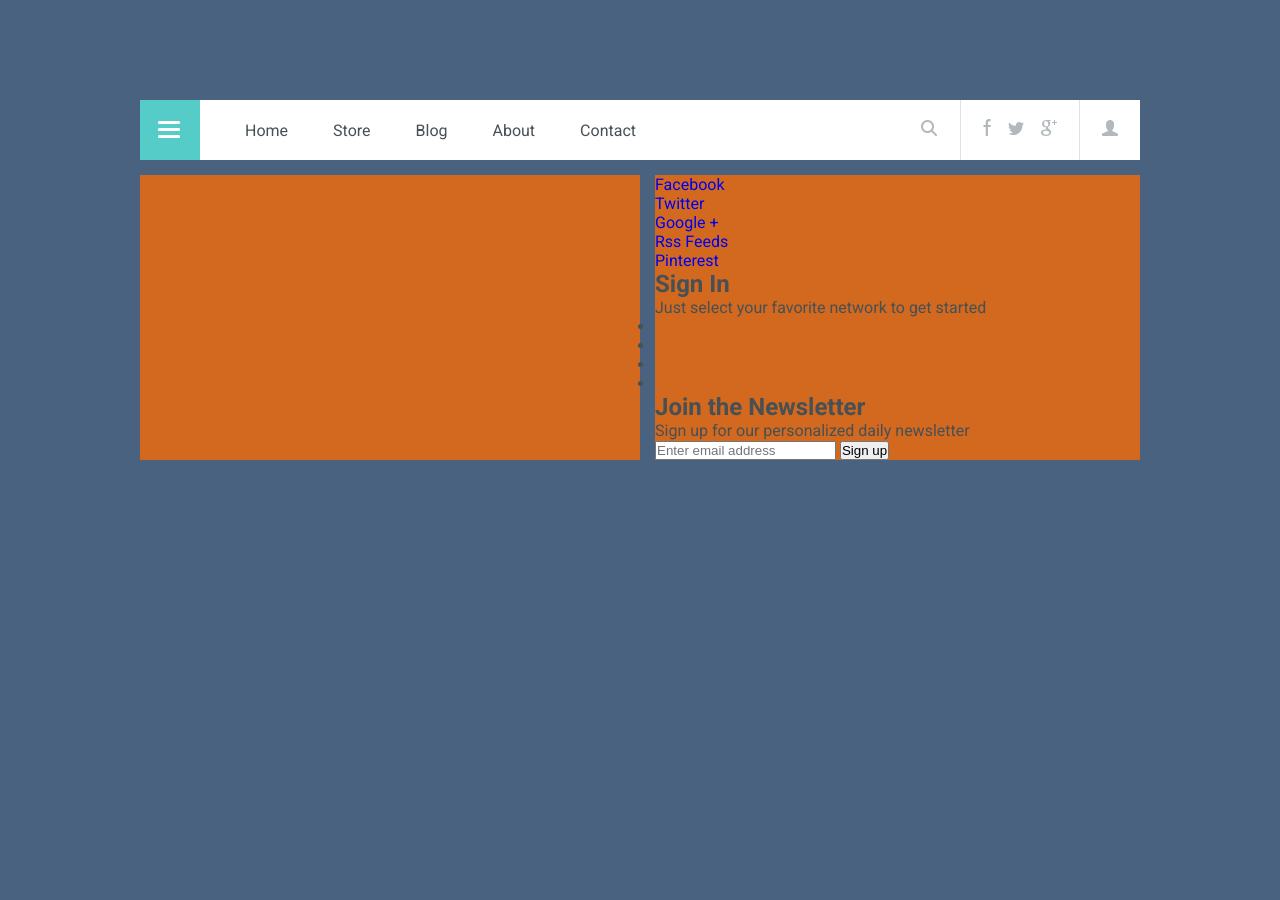
Repository: pawelczubak/WeeklyWebDevChallenge
Page: Challenge_4/index.html
The author's editor kept a copy of each file at every save. The page is drawn from the files as they stood at one save, then again after the next save.
The browser window is 1280 px wide. The pictures show the whole page.
Some web libraries are served in a nearby version.

Above is the page before, as saved 2020-04-27 19:57:29.

### Challenge_4/index.html
<!DOCTYPE html>
<html lang="en">

<head>
    <meta charset="UTF-8">
    <meta name="viewport" content="width=device-width, initial-scale=1.0">

    <title>Weekly WebDev Challenge - 4</title>

    <link href="https://fonts.googleapis.com/css2?family=Roboto:wght@300;400;700&display=swap" rel="stylesheet">
    <script src="https://kit.fontawesome.com/f64caa1a2c.js" crossorigin="anonymous"></script>

    <meta name="viewport" content="width = device-width, initial-scale=1, user-scalable=yes">
    <link rel="stylesheet" href="css/main.css">
</head>

<body>
    <div class="container">
        <!--  -----  NAVIGATION START  -----  -->
        <nav class="nav">
            <div class="nav-button">

                <svg xmlns="http://www.w3.org/2000/svg" xmlns:xlink="http://www.w3.org/1999/xlink" width="0.24in"
                    height="0.18in">
                    <path fill-rule="evenodd" fill="rgb(255, 255, 255)"
                        d="M20.653,17.008 L1.347,17.008 C0.603,17.008 -0.000,16.417 -0.000,15.690 L-0.000,15.372 C-0.000,14.644 0.603,14.055 1.347,14.055 L20.653,14.055 C21.397,14.055 22.000,14.644 22.000,15.372 L22.000,15.690 C22.000,16.417 21.397,17.008 20.653,17.008 ZM20.653,9.980 L1.347,9.980 C0.603,9.980 -0.000,9.390 -0.000,8.662 L-0.000,8.344 C-0.000,7.617 0.603,7.027 1.347,7.027 L20.653,7.027 C21.397,7.027 22.000,7.617 22.000,8.344 L22.000,8.662 C22.000,9.390 21.397,9.980 20.653,9.980 ZM20.653,2.952 L1.347,2.952 C0.603,2.952 -0.000,2.362 -0.000,1.635 L-0.000,1.317 C-0.000,0.589 0.603,-0.001 1.347,-0.001 L20.653,-0.001 C21.397,-0.001 22.000,0.589 22.000,1.317 L22.000,1.635 C22.000,2.362 21.397,2.952 20.653,2.952 Z" />
                </svg>

            </div>
            <ul class="nav-list">
                <li class="nav-list__item"><a href="#" class="nav-list__link">Home</a></li>
                <li class="nav-list__item"><a href="#" class="nav-list__link">Store</a></li>
                <li class="nav-list__item"><a href="#" class="nav-list__link">Blog</a></li>
                <li class="nav-list__item"><a href="#" class="nav-list__link">About</a></li>
                <li class="nav-list__item"><a href="#" class="nav-list__link">Contact</a></li>
            </ul>
            <div class="nav-icons">
                <div class="nav-icons__search">
                    <a href="#" class="nav-link__icon">
                        <svg xmlns="http://www.w3.org/2000/svg" xmlns:xlink="http://www.w3.org/1999/xlink"
                            width="0.18in" height="0.17in">
                            <path class="nav-icons__svg" fill-rule="evenodd" fill="rgb(178, 185, 189)"
                                d="M15.728,14.309 L11.786,10.388 C12.600,9.303 13.088,7.963 13.088,6.504 C13.088,2.908 10.157,-0.006 6.541,-0.006 C2.926,-0.006 -0.005,2.908 -0.005,6.504 C-0.005,10.100 2.926,13.014 6.541,13.014 C7.963,13.014 9.275,12.558 10.349,11.793 L14.304,15.726 C14.697,16.117 15.335,16.117 15.728,15.726 C16.121,15.335 16.121,14.700 15.728,14.309 ZM6.541,11.011 C4.038,11.011 2.009,8.994 2.009,6.504 C2.009,4.015 4.038,1.996 6.541,1.996 C9.044,1.996 11.073,4.015 11.073,6.504 C11.073,8.994 9.044,11.011 6.541,11.011 Z" />
                        </svg>
                    </a>
                </div>
                <ul class="nav-icons__social-list">
                    <li class="nav-icons__social-icons">
                        <a href="#" class="nav-link__icon">
                            <svg xmlns="http://www.w3.org/2000/svg" xmlns:xlink="http://www.w3.org/1999/xlink"
                                width="0.09in" height="0.18in">
                                <path class="nav-icons__svg" fill-rule="evenodd" fill="rgb(178, 185, 189)"
                                    d="M7.672,0.063 L6.069,0.063 C6.069,0.063 2.724,-0.188 2.724,3.338 C2.724,4.092 2.724,6.011 2.724,6.011 L0.453,6.011 L0.459,7.910 L2.723,7.910 L2.725,17.002 L5.000,17.002 L5.000,7.910 L7.507,7.910 L8.042,6.011 L5.013,6.011 L5.013,3.266 C5.013,3.266 4.988,2.341 6.072,2.341 L7.662,2.341 L7.672,0.063 Z" />
                            </svg>
                        </a>
                    </li>
                    <li class="nav-icons__social-icons">
                        <a href="#" class="nav-link__icon">
                            <svg xmlns="http://www.w3.org/2000/svg" xmlns:xlink="http://www.w3.org/1999/xlink"
                                width="0.17in" height="0.14in">
                                <path class="nav-icons__svg" fill-rule="evenodd" fill="rgb(178, 185, 189)"
                                    d="M16.027,1.547 C15.437,1.809 14.803,1.985 14.138,2.065 C14.817,1.659 15.338,1.015 15.584,0.250 C14.949,0.625 14.245,0.898 13.497,1.046 C12.897,0.408 12.043,0.009 11.097,0.009 C9.282,0.009 7.810,1.478 7.810,3.291 C7.810,3.547 7.839,3.799 7.895,4.039 C5.163,3.901 2.741,2.595 1.119,0.611 C0.837,1.095 0.674,1.658 0.674,2.259 C0.674,3.398 1.255,4.402 2.137,4.990 C1.598,4.974 1.091,4.825 0.648,4.579 C0.647,4.593 0.647,4.606 0.647,4.621 C0.647,6.211 1.781,7.537 3.285,7.838 C3.009,7.913 2.718,7.953 2.418,7.953 C2.207,7.953 2.000,7.933 1.800,7.894 C2.218,9.198 3.432,10.147 4.871,10.172 C3.746,11.053 2.328,11.578 0.788,11.578 C0.523,11.578 0.261,11.562 0.004,11.531 C1.459,12.462 3.187,13.006 5.043,13.006 C11.089,13.006 14.395,8.006 14.395,3.671 C14.395,3.529 14.393,3.387 14.387,3.246 C15.029,2.783 15.586,2.206 16.027,1.547 Z" />
                            </svg>
                        </a>
                    </li>
                    <li class="nav-icons__social-icons">
                        <a href="#" class="nav-link__icon">
                            <svg xmlns="http://www.w3.org/2000/svg" xmlns:xlink="http://www.w3.org/1999/xlink"
                                width="0.18in" height="0.18in">
                                <path class="nav-icons__svg" fill-rule="evenodd" fill="rgb(178, 185, 189)"
                                    d="M15.006,4.015 L15.006,5.999 L13.966,5.999 L13.966,4.015 L11.997,4.015 L11.997,3.013 L13.966,3.013 L13.966,0.971 L15.006,0.971 L15.006,3.013 L17.010,3.013 L17.010,4.015 L15.006,4.015 ZM8.900,2.055 C9.780,2.557 10.247,3.589 10.247,4.730 C10.247,5.777 9.666,6.620 8.845,7.259 C8.043,7.884 7.891,8.145 7.891,8.676 C7.891,9.129 8.849,9.803 9.290,10.132 C10.823,11.279 11.112,12.000 11.134,13.433 C11.162,15.338 9.199,17.001 6.054,17.001 C3.294,17.001 0.982,15.749 0.982,13.959 C0.982,11.258 2.897,10.385 5.657,10.385 C5.958,10.385 6.233,10.377 6.518,10.377 C6.141,10.013 5.836,9.697 5.836,9.144 C5.836,8.815 5.940,8.501 6.087,8.221 C5.938,8.231 5.785,8.241 5.627,8.241 C3.360,8.241 2.041,6.653 2.041,4.664 C2.041,2.715 4.050,0.969 6.459,0.969 C7.701,0.969 11.208,0.969 11.208,0.969 L10.147,2.055 L8.900,2.055 ZM6.121,11.642 C4.364,11.642 2.912,12.300 2.912,13.538 C2.912,14.799 4.207,15.828 5.999,15.828 C8.520,15.828 9.398,14.865 9.398,13.601 C9.398,13.449 9.394,13.295 9.341,13.156 C8.733,11.642 6.774,11.642 6.121,11.642 ZM8.249,4.923 C8.040,3.342 7.249,2.152 6.035,2.115 C4.820,2.079 3.755,3.182 3.966,4.764 C4.175,6.348 5.330,7.409 6.545,7.446 C7.760,7.481 8.458,6.507 8.249,4.923 Z" />
                            </svg>
                        </a>
                    </li>
                </ul>
                <div class="nav-icons__acount">
                    <a href="#" class="nav-link__icon">
                        <svg xmlns="http://www.w3.org/2000/svg" xmlns:xlink="http://www.w3.org/1999/xlink"
                            width="0.182in" height="0.18in">
                            <path class="nav-icons__svg" fill-rule="evenodd" fill="rgb(178, 185, 189)"
                                d="M15.993,17.030 L1.963,17.030 C1.394,17.030 0.932,16.569 0.932,15.999 L0.932,15.405 C0.932,14.535 1.963,14.374 1.963,14.374 L7.322,11.719 C5.880,10.561 5.056,8.283 5.056,7.156 L5.056,4.578 C5.056,2.871 6.903,0.969 9.181,0.969 C11.459,0.969 13.024,2.871 13.024,4.578 L13.024,7.156 C13.024,8.394 12.208,10.604 10.779,11.729 L15.993,14.374 C15.993,14.374 17.024,14.551 17.024,15.405 L17.024,15.999 C17.024,16.569 16.562,17.030 15.993,17.030 Z" />
                        </svg>
                    </a>
                </div>
            </div>
        </nav>

        <!--  -----  NAVIGATION END  -----  -->

        <!--  -----  MAIN START  -----  -->
        <main class="main">
            <!--  -----  MENU SECTION START  -----  -->
            <section class="menu-section"></section>
            <!--  -----  MENU SECTION END  -----  -->

            <!--  -----  SOCIAL SECTION START  -----  -->
            <section class="social-section">
                <article class="social-section__socials-container">
                    <ul class="socials-container__socials-list">
                        <li class="socials-container__socials-items">
                            <a href="#" class="socials-container__socials-link">Facebook</a>
                        </li>
                        <li class="socials-container__socials-items">
                            <a href="#" class="socials-container__socials-link">Twitter</a>
                        </li>
                        <li class="socials-container__socials-items">
                            <a href="#" class="socials-container__socials-link">Google +</a>
                        </li>
                        <li class="socials-container__socials-items">
                            <a href="#" class="socials-container__socials-link">Rss Feeds</a>
                        </li>
                        <li class="socials-container__socials-items">
                            <a href="#" class="socials-container__socials-link">Pinterest</a>
                        </li>
                    </ul>
                    <div class="socials-container__follow-items">
                        <div class="socials-container__facebook-widget"></div>
                        <div class="socials-container__twitter-widget"></div>
                    </div>
                </article>
                <article class="social-section__sign-in">
                    <h2 class="socials-container__header">Sign In</h2>
                    <p class="sign-in__paragraph">Just select your favorite network to get started</p>
                    <ul class="sign-in__list">
                        <li class="sign-in__item"><a href="#" class="sign-in__link"></a></li>
                        <li class="sign-in__item"><a href="#" class="sign-in__link"></a></li>
                        <li class="sign-in__item"><a href="#" class="sign-in__link"></a></li>
                        <li class="sign-in__item"><a href="#" class="sign-in__link"></a></li>
                    </ul>
                </article>
                <article class="social-section__newsletter">
                    <h2 class="socials-container__header">Join the Newsletter</h2>
                    <p class="newsletter__paragraph">Sign up for our personalized daily newsletter</p>
                    <form action="GET" class="newsletter__form">
                        <input placeholder="Enter email address" type="email" name="email" required
                            class="newsletter__input" autocomplete="off" />
                        <button class="newsletter__button" formenctype="multipart/form-data" type="submit">Sign
                            up</button>
                    </form>
                </article>
            </section>
            <!--  -----  SOCIAL SECTION END  -----  -->
        </main>
        <!--  -----  MAIN END  -----  -->


    </div>

    <script src="js/main.js" type="text/javascript"></script>
</body>

</html>

### Challenge_4/css/main.css
*,
*::after,
*::before {
    box-sizing: border-box;
    margin: 0;
    padding: 0;
}

/*------------------  GLOBAL START  ------------------*/
body {
    margin: 0;
    padding: 0;
    font: 16px 'Roboto', sans-serif;
    color: #475055;
    background-color: #49627f;
}

.container {
    max-width: 1000px;
    min-height: 700px;
    margin: 100px auto;
    overflow: hidden;
}

/*------------------  GLOBAL END  ------------------*/
/*------------------  NAV START  ------------------*/
.nav {
    position: relative;
    display: flex;
    justify-content: left;
    width: 100%;
    height: 60px;
    background-color: #ffffff;
    margin-bottom: 15px;
}

.nav-button {
    display: flex;
    align-items: center;
    justify-content: center;
    background-color: #56ccc8;
    width: 60px;
    cursor: pointer;
    pointer-events: none;
}

.nav-button:hover {
    background-color: #56ddd8;
}

.nav-list {
    display: flex;
    list-style: none;

}

.nav-list__item {
    padding-left: 45px;
    display: flex;
    align-items: center
}

.nav-list__link {
    text-decoration: none;
    color: #475055;
}

.nav-list__link:hover {
    color: #56ccc8;
}

.nav-icons {
    display: flex;
    align-items: center;
    margin-left: auto;
}

.nav-icons__search {
    width: 60px;
    display: flex;
    justify-content: center;
}

.nav-link__icon {}

.nav-icons__social-list {
    position: relative;
    display: flex;
    height: 100%;
    justify-content: space-around;
    align-items: center;
    width: 120px;
    padding: 0 15px;
}

.nav-icons__social-list::before,
.nav-icons__social-list::after {
    position: absolute;
    content: '';
    top: 0;
    height: 100%;
    width: 1px;
    background-color: #dde2e4;
}

.nav-icons__social-list::after {
    left: 0;
}

.nav-icons__social-list::before {
    right: 0;
}

.nav-icons__social-icons {
    list-style: none;
}

.nav-icons__acount {
    width: 60px;
    display: flex;
    justify-content: center;
}

.nav-link__icon:hover .nav-icons__svg {
    fill: #152840;
}

/*------------------  NAV END  ------------------*/
/*------------------  MAIN START  ------------------*/
.main {
    display: flex;
    width: 100%;
}

/*------------------  MENU SECTION START  ------------------*/
.menu-section {
    width: 50%;
    /*    !!!!!!!!!!  ONLY FOR TEST !!!!!! */
    min-heignt: 500px;
    background-color: chocolate;
}

/*------------------  MENU SECTION END  ------------------*/
/*------------------  SOCIAL SECTION START  ------------------*/
.social-section {
    width: calc(50% - 15px);
    margin-left: 15px;

    background-color: chocolate;

}

.social-section__socials-container {
    display: flex;
}

.socials-container__socials-list {
    list-style: none;
}

.socials-container__socials-items {}

.socials-container__socials-link {
    text-decoration: none;
}

/*------------------  SOCIAL SECTION END  ------------------*/

/*------------------  MAIN END  ------------------*/

/*------------------  MEDIAQUERY START  ------------------*/

@media screen and (max-width: 1024px) {
    .container {
        max-width: 95%;
    }
}

@media screen and (max-width: 800px) {
    .container {
        margin: 15px auto;
    }

    /*------------------  NAV START  ------------------*/
    .nav-button {
        pointer-events: all;
    }

    .nav-list {
        position: absolute;
        flex-direction: column;
        background-color: #ffffff;
        width: 50%;
        top: 60px;
        left: 0;
        height: 500px;
        justify-content: space-around;
        align-items: center;
        transform: translateX(-101%);
        transition: all 0.2s ease-in;
    }

    .nav-list__item {
        opacity: 0;
        padding: 0;
    }

    /*------------------  NAV END  ------------------*/
}

.nav-list--active {
    transform: translateX(0%);
}

/*------------------  MEDIAQUERY END  ------------------*/

/*------------------  ANIMATIONS  ------------------*/
@keyframes navLinkFade {
    from {
        opacity: 0;
        transform: translateX(-50px);
    }

    to {
        opacity: 1;
        transform: translateX(0px);
    }
}

### Challenge_4/js/main.js
const navSlide = () => {
    const burger = document.querySelector('.nav-button');
    const nav = document.querySelector('.nav-list');
    const navLinks = document.querySelectorAll('.nav-list__item');



    burger.addEventListener('click', () => {
        //Toggle nav
        nav.classList.toggle('nav-list--active');

        //Animate links
        navLinks.forEach((link, index) => {
            if (link.style.animation) {
                link.style.animation = ''
            } else {
                link.style.animation = `navLinkFade 0.5s ease forwards ${index / 7 + 0.2}s`;
            }

        });
    });


}

navSlide();

After the next save:
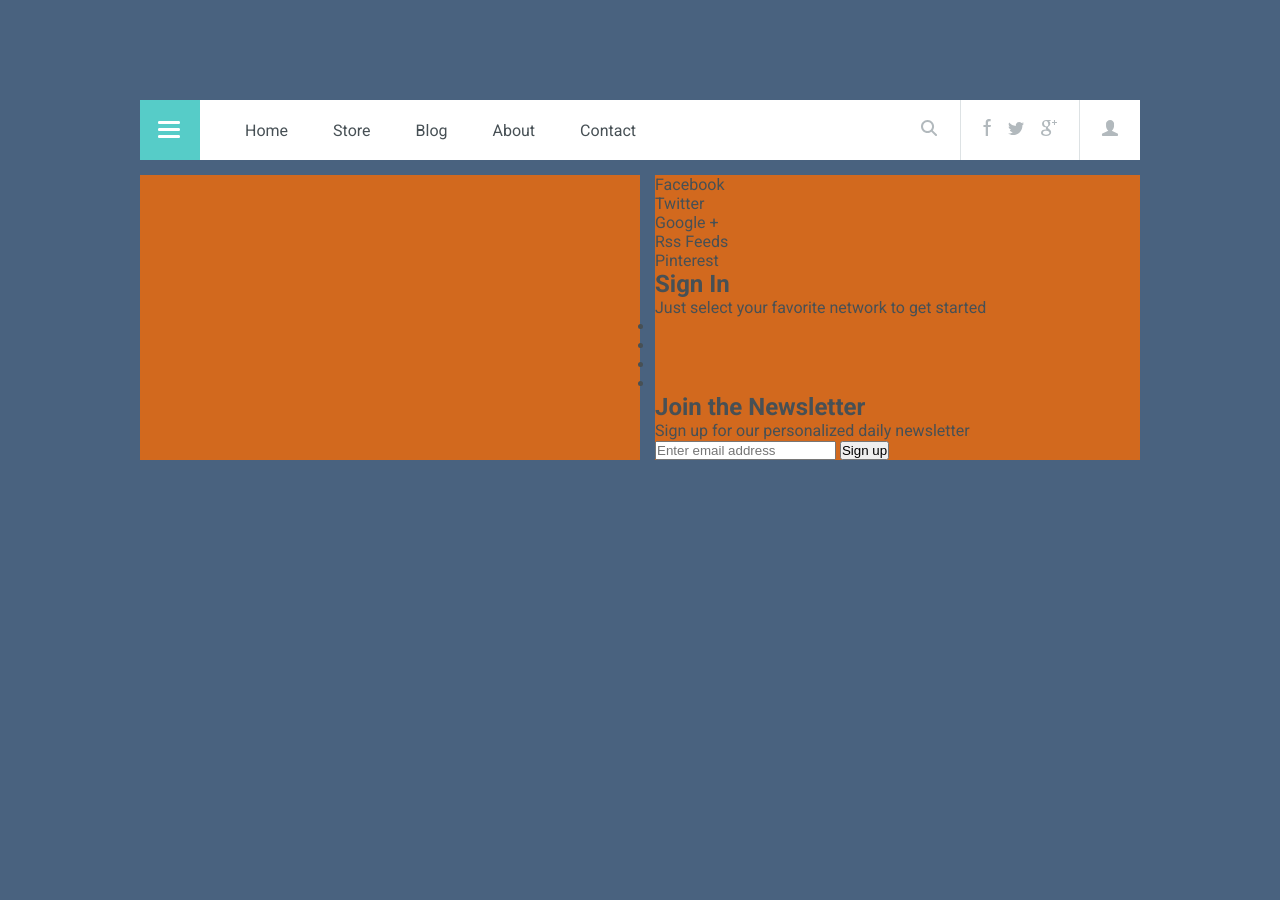
Saved 54 s later.
--- a/Challenge_4/css/main.css
+++ b/Challenge_4/css/main.css
@@ -162,6 +162,7 @@ body {
 
 .socials-container__socials-link {
     text-decoration: none;
+    color: #475055;
 }
 
 /*------------------  SOCIAL SECTION END  ------------------*/
